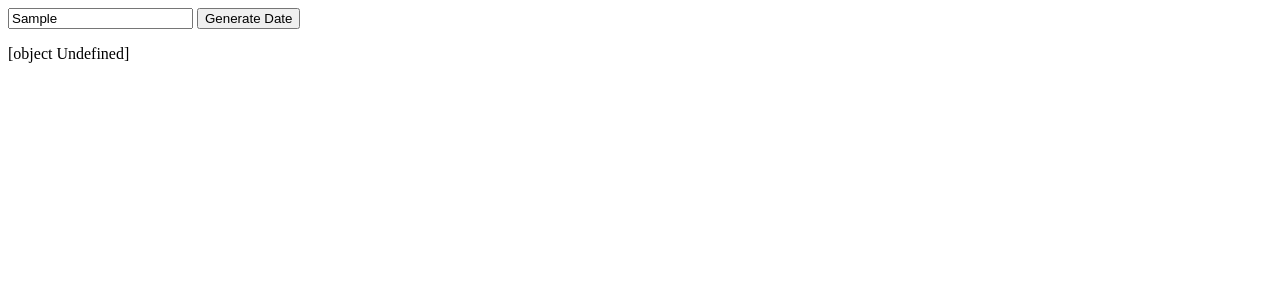
Repository: jfjadloc/jfjadloc.github.io
Page: Timestamp/index.html
These files come from the project's save history. The page is drawn as it stood at one moment and after the next save; the edit follows.
The browser window is 1280 px wide. The pictures show the whole page.
Empty fields were first filled with sample values (such as "Sample", 5 or name@example.com).
After loading, the first visible `#myBtn` was clicked once.

Above is the page before, as saved 2022-02-27 20:54:58.

### Timestamp/index.html
<!DOCTYPE html>
<html lang="en">
<head>
    <meta charset="UTF-8">
    <meta http-equiv="X-UA-Compatible" content="IE=edge">
    <meta name="viewport" content="width=device-width, initial-scale=1.0">
    <title>Time Stamp Generator</title>
</head>
<body>
    <input type="text" name="date_input" id="date_input">
    <button id="myBtn" onclick="displayDate()">Generate Date</button>

    <p id="answer"></p>
</body>

<script>
    function displayDate() {
        var ST = document.getElementById("date_input").innerText;
        document.getElementById("answer").innerHTML = toString(ST);
    }
</script>

</html>

After the next save:
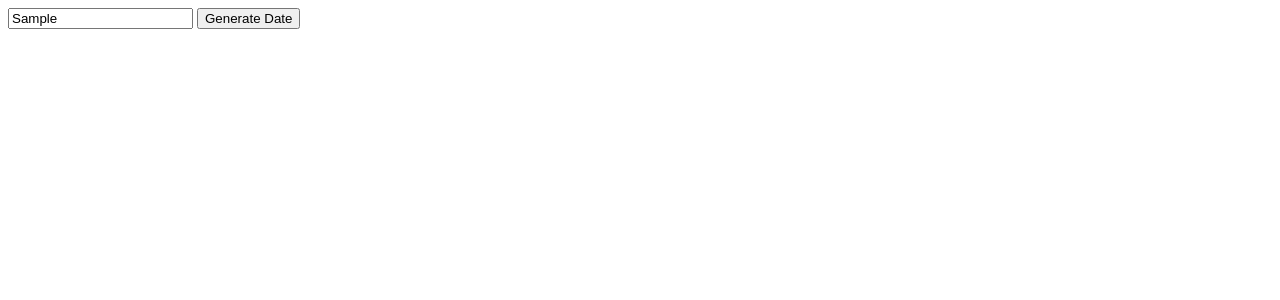
Saved 23 s later.
--- a/Timestamp/index.html
+++ b/Timestamp/index.html
@@ -16,7 +16,7 @@
 <script>
     function displayDate() {
         var ST = document.getElementById("date_input").innerText;
-        document.getElementById("answer").innerHTML = toString(ST);
+        document.getElementById("answer").innerHTML = ST.toString();
     }
 </script>
 
